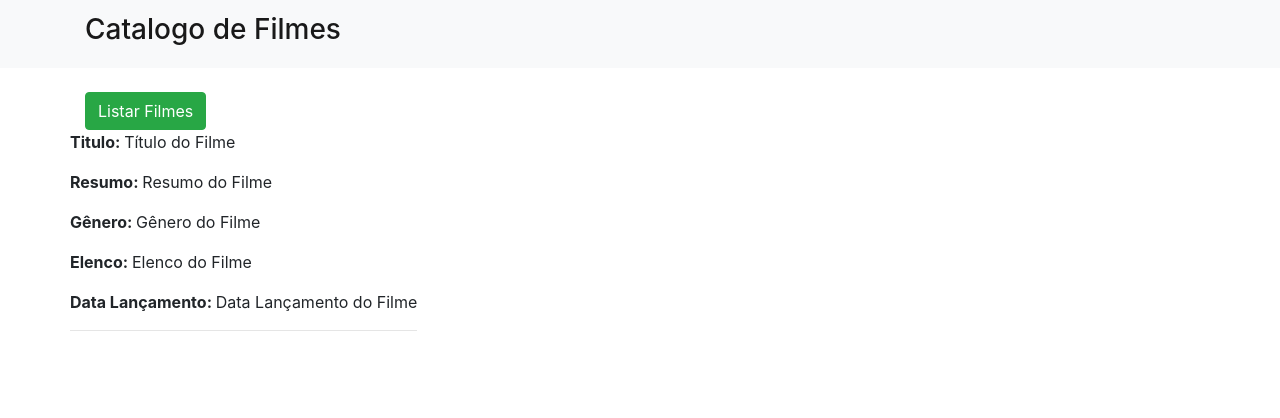
Repository: FredeRibeiro/htdocs-Desenvolvimento-Web-Completo-2019
Page: ajax/filmes.html
The author's editor kept a copy of each file at every save. The page is drawn from the files as they stood at one save, then again after the next save.
The browser window is 1280 px wide. The pictures show the whole page.

Above is the page before, as saved 2019-10-16 12:38:18.

After the next save:
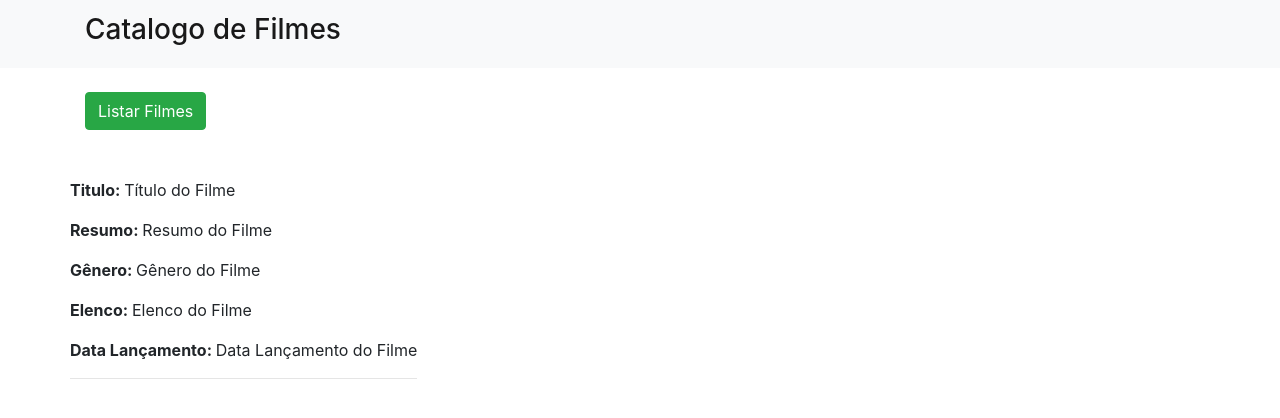
Saved 6 min 44 s later.
--- a/ajax/filmes.html
+++ b/ajax/filmes.html
@@ -58,7 +58,7 @@
 	</nav>
 
 	<div class="container">
-		<div class="row">
+		<div class="row mb-5">
 			<div class="col">
 				<button class="btn btn-success" type="button" onclick="getFilmes()">Listar Filmes</button>
 			</div>
